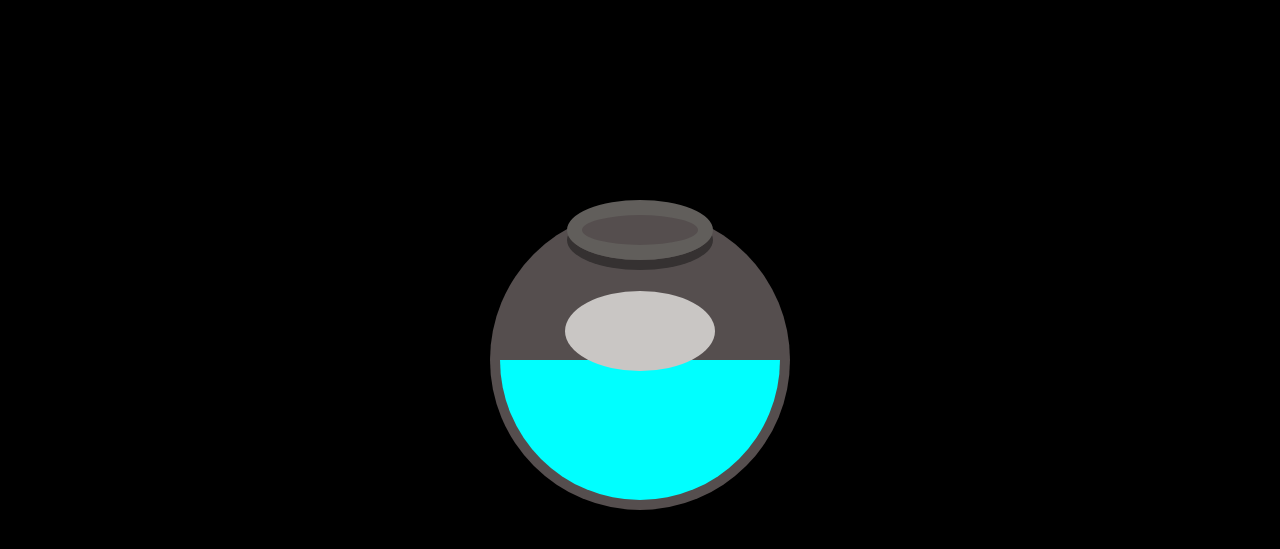
Repository: zjria/Colorful-Glowing-Liquid-Bowl-Animation-Effects
Page: index.html
The author's editor kept a copy of each file at every save. The page is drawn from the files as they stood at one save, then again after the next save.
The browser window is 1280 px wide. The pictures show the whole page.

Above is the page before, as saved 2022-04-15 17:54:34.

After the next save:
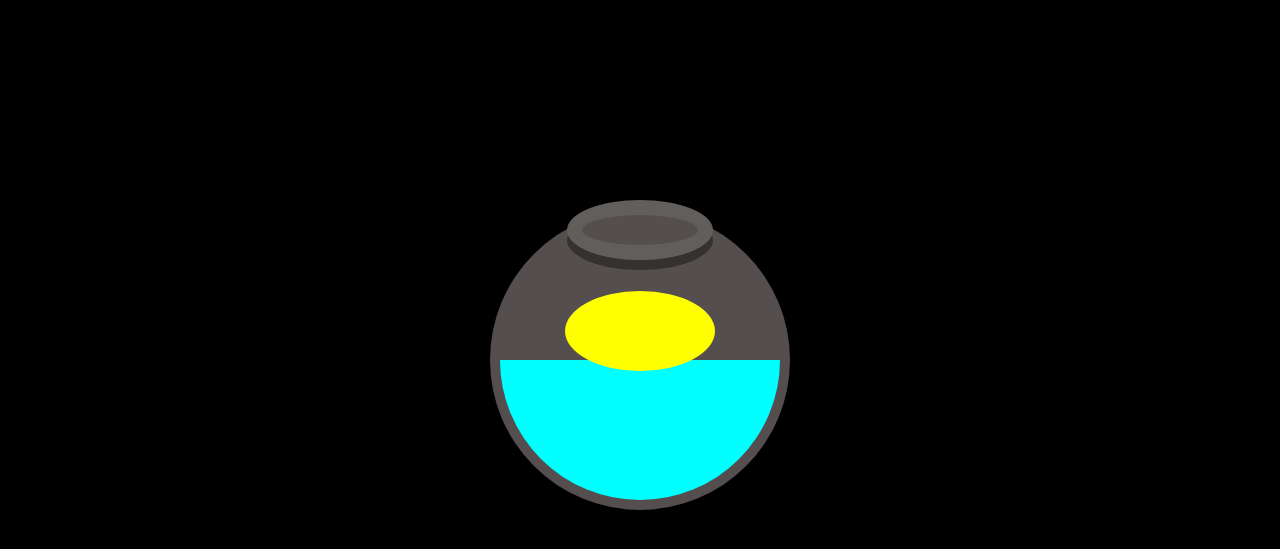
Saved 29 s later.
--- a/style.css
+++ b/style.css
@@ -39,7 +39,7 @@ section{
     border-radius: 50%;
     width: 150px;
     height: 80px;
-    background: rgb(201, 198, 196);
+    background: rgb(255, 255, 0.5);
 
 }
 .liquid{
